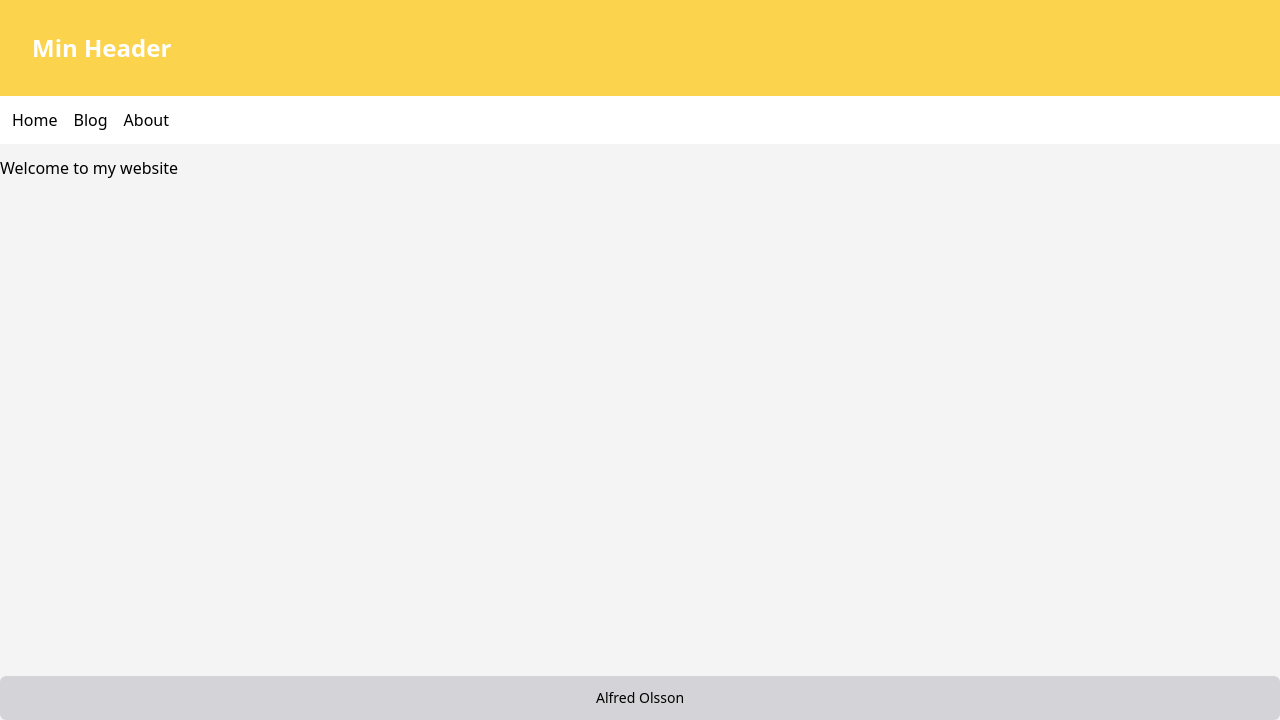
Repository: AlligatorAffe/NextWebsite
Page: /
The author's editor kept a copy of each file at every save. The page is drawn from the files as they stood at one save, then again after the next save.
The browser window is 1280 px wide. The pictures show the whole page.
The project was rebuilt for these pictures with package versions that can differ from the ones it lists, and the page was loaded fresh each time. The framework's server and built-in components were replaced by stand-ins that run in the browser. Also part of the build but not shown: next.config.js.

Above is the page before, as saved 2024-01-04 21:55:47.

### app/layout.tsx
import './globals.css'
import { Metadata } from 'next'
import Link from 'next/link'




export const metadata: Metadata = {
  title: 'My webbpage',
  description: 'Welcome to Next.js',
}

/**
 *
 *
 *
 *
 *
 *

const inter = Inter({ subsets: ['latin'] })

export const metadata: Metadata = {
  title: 'Create Next App',
  description: 'Generated by create next app',
}

export default function RootLayout({
  children,
}: {
  children: React.ReactNode
}) {
  return (
    <html lang="en">
      <body>{children}</body>
    </html>
  )
}

 */

export default function RootLayout({
  // Layouts must accept a children prop.
  // This will be populated with nested layouts or pages
  children,

}: {
  children: React.ReactNode
}) {
  const navLinks = [
    { href: '/', label: 'Home' },
    { href: '/blogpost', label: 'Blog' },
    { href: '/about', label: 'About' },
  ];
  return (
    <html lang="en">
      <body className="flex flex-col min-h-screen bg-zinc-100 text-black">
        <div className="flex-grow">
          <header className="bg-amber-300 p-8">
            <h1 className="text-2xl font-bold text-white">Min Header</h1>
          </header>

          <nav className="bg-white p-3">
            <ul className="flex space-x-4">
              {navLinks.map((link, index) => (
                <li key={index}>
                  <Link href={link.href}>
                    {link.label}
                  </Link>
                </li>
              ))}
            </ul>
          </nav>
          <div className='pt-3'>
            {children}
          </div>

        </div>
        <footer className="bg-zinc-300 rounded-md p-3">
          <h3 className="text-black text-center text-sm font-medium">Alfred Olsson</h3>
        </footer>
      </body>
    </html>

  )
}

### app/template.tsx



export default function Template({ children }: { children: React.ReactNode }) {
    return <div>{children}</div>
  }

### app/page.tsx
import Image from 'next/image'
import { Metadata } from 'next'
import Link from 'next/link'

/*
export default function Page() {
  return <div >
      <h1 >
        Welcome to my website
      </h1>
    </div>

}
*/


export const metadata: Metadata = {
  title: 'My Page Title',
}

export default function Page() {
  return <div >
  <h1 >
    Welcome to my website
  </h1>

</div>
}

Loaded but not shown: app/globals.css (common file); tailwind.config.ts (common file)

After the next save:
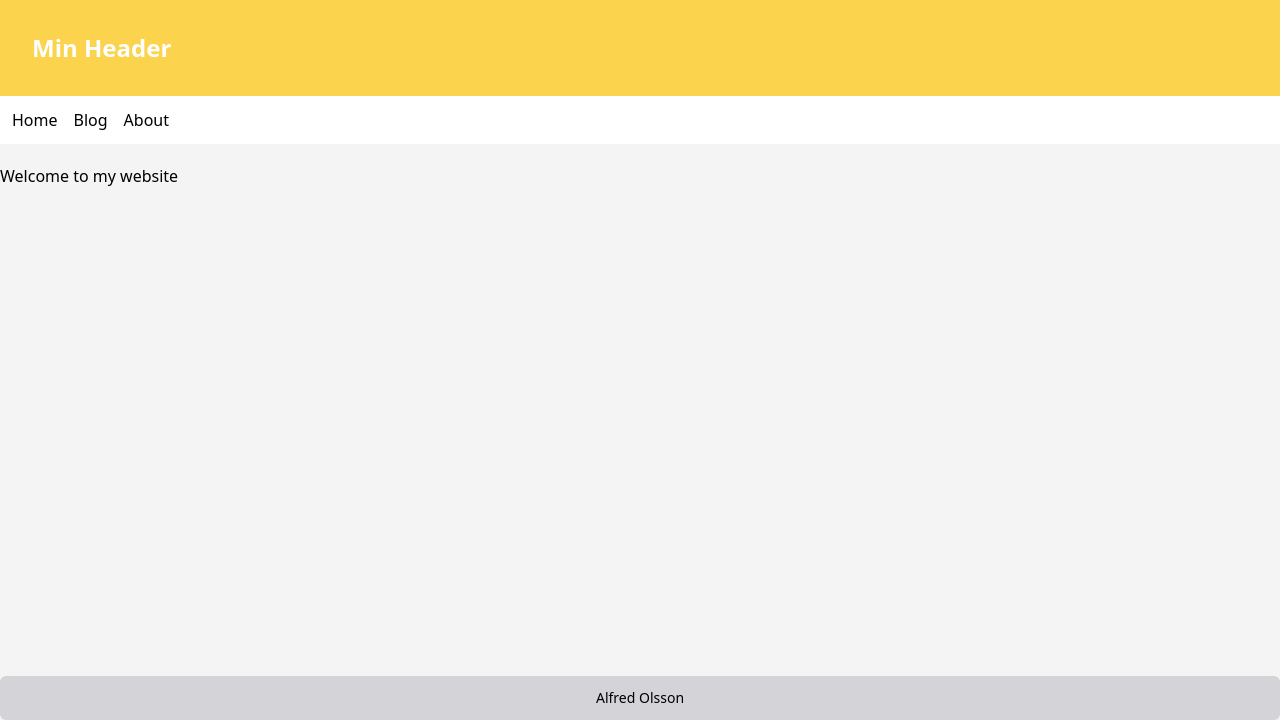
Saved 8 s later.
--- a/app/layout.tsx
+++ b/app/layout.tsx
@@ -71,7 +71,7 @@ export default function RootLayout({
               ))}
             </ul>
           </nav>
-          <div className='pt-3'>
+          <div className='pt-5'>
             {children}
           </div>
 
